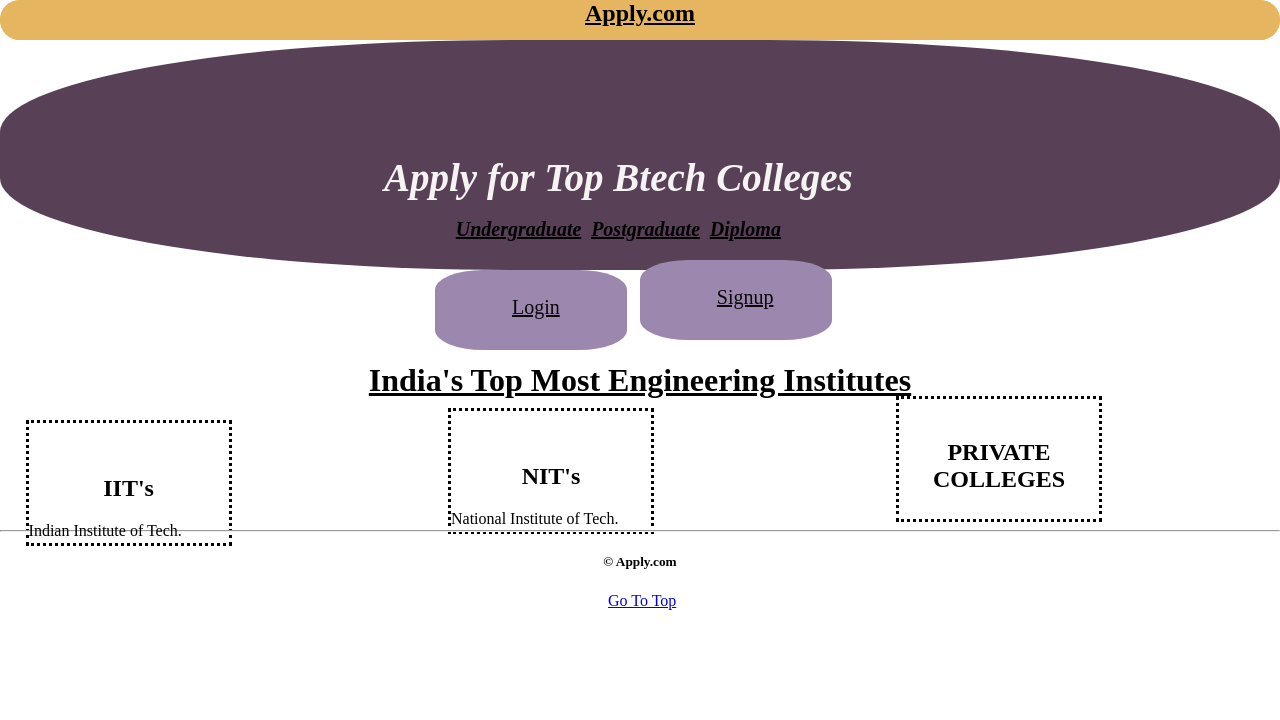
Repository: dashmeenkalra/dashmeen_kalra
Page: css/btech.html
These files come from the project's save history. The page is drawn as it stood at one moment and after a run of saves; the edit follows.
The browser window is 1280 px wide. The pictures show the whole page.

Above is the page before, as saved 2023-03-06 17:40:49.

After the next 4 saves:
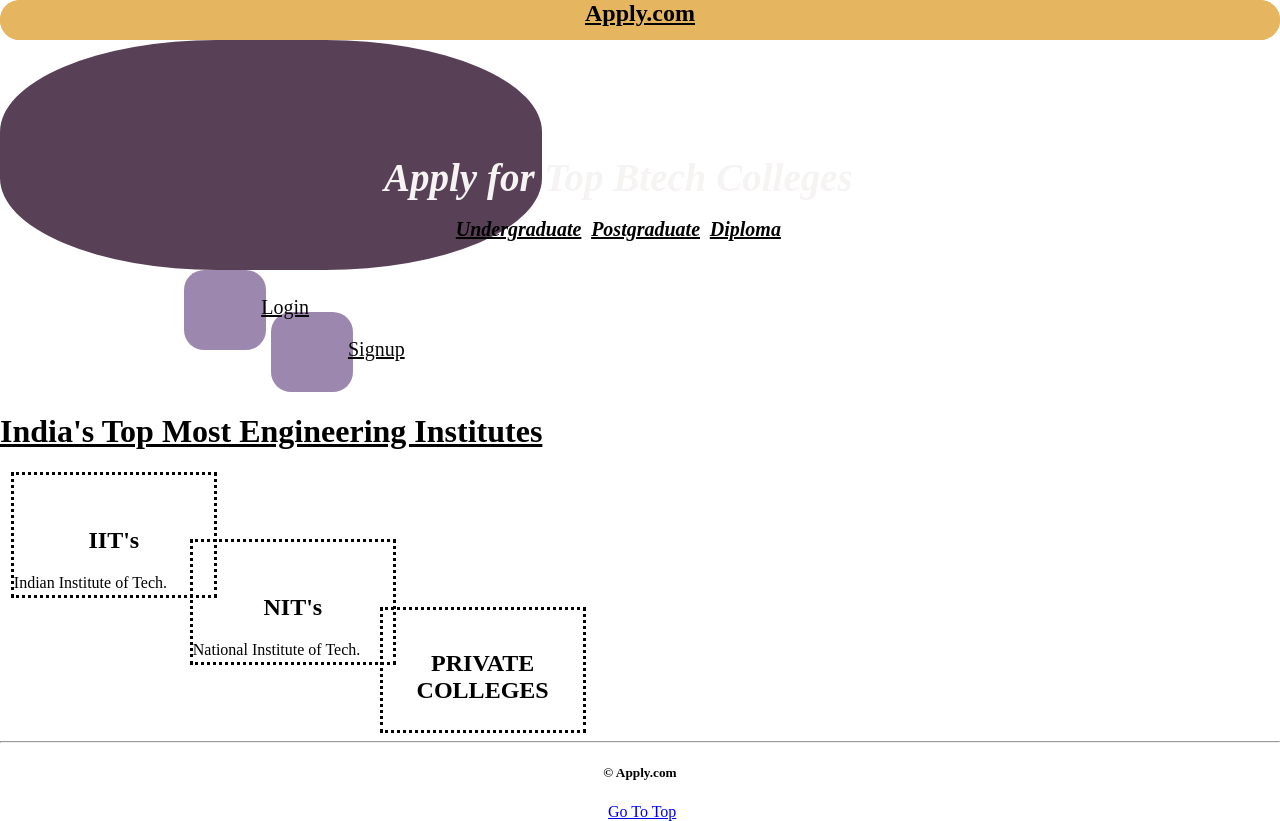
The 4 saves are shown as one change because they came seconds apart.
The last was saved 11 s later.
--- a/css/btech.css
+++ b/css/btech.css
@@ -10,7 +10,9 @@
     text-align: center;
     text-decoration:underline;
 }
-
+#container{
+    display: inline-block;
+}
 #app{
     background-color: rgb(88, 64, 87);
     height:230px;

After the save that followed:
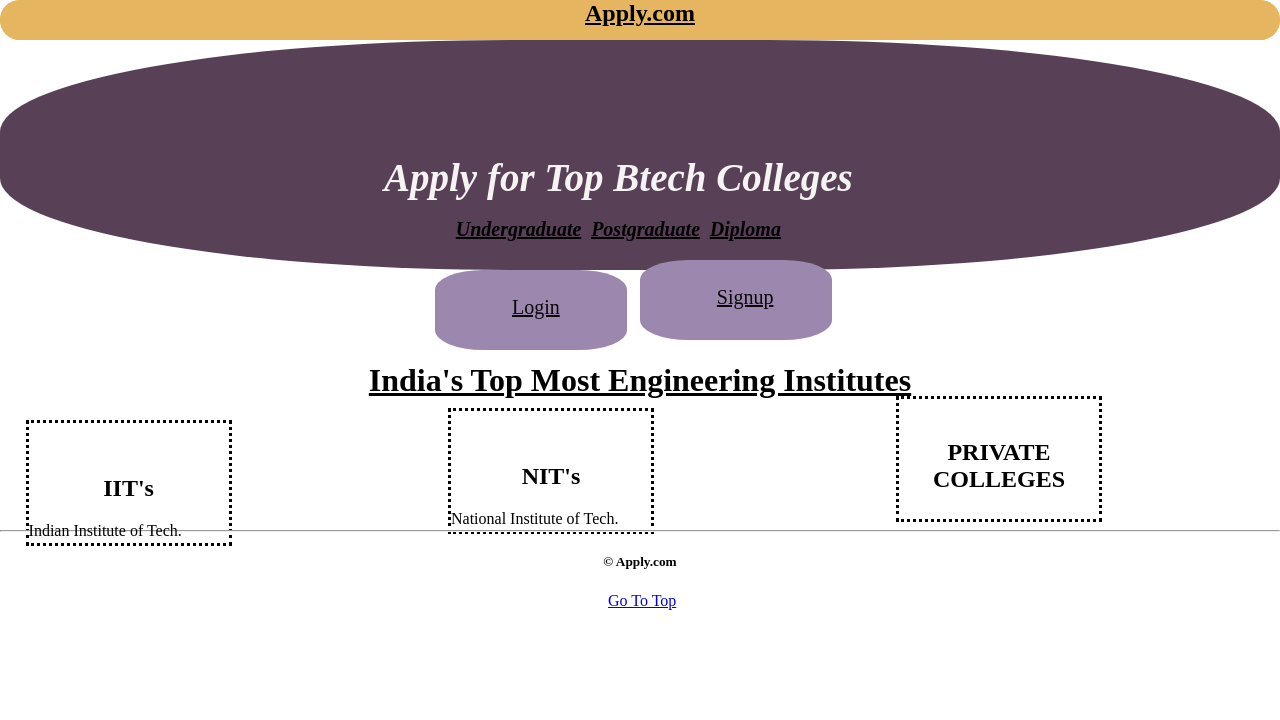
Saved 28 s later.
--- a/css/btech.css
+++ b/css/btech.css
@@ -11,7 +11,7 @@
     text-decoration:underline;
 }
 #container{
-    display: inline-block;
+    display: inline;
 }
 #app{
     background-color: rgb(88, 64, 87);
